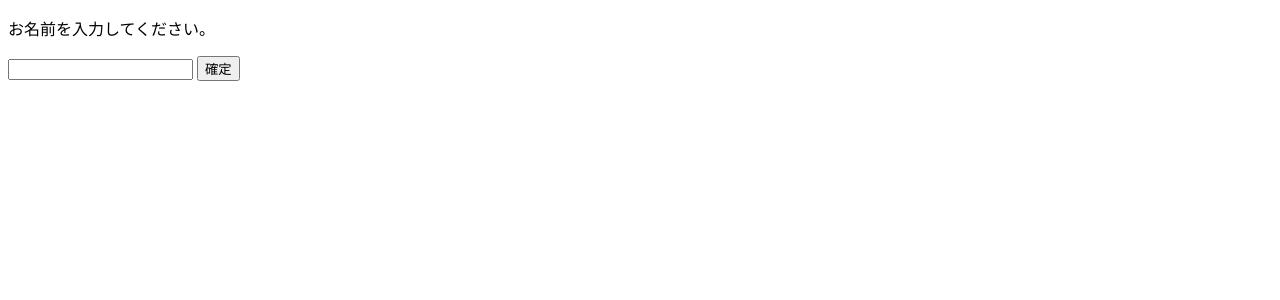
Repository: MasayaOuchi/test
Page: http://localhost/HelloJSP1/
An editor plug-in stored every save of this project. The page is shown before and after the next save, followed by the edit.
The browser window is 1280 px wide. The pictures show the whole page.
The page is served by Tomcat 9.

Above is the page before, as saved 2018-10-01 02:34:21.

After the next save:
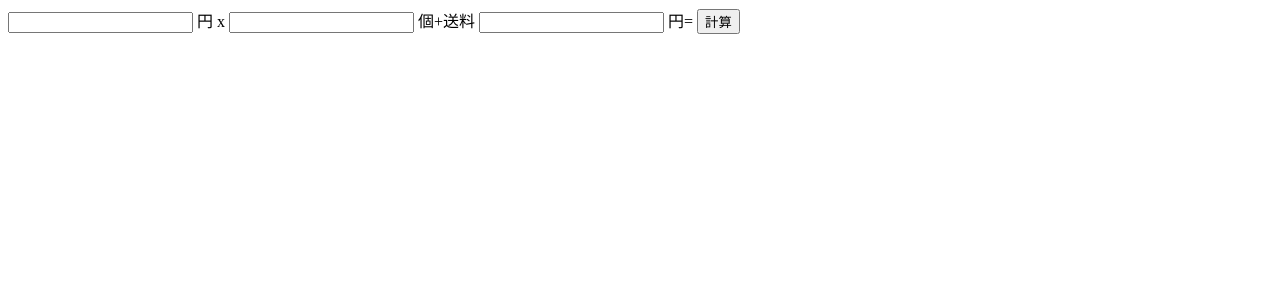
Saved 11 min 27 s later.
--- a/HelloJSP1/WebContent/index.jsp
+++ b/HelloJSP1/WebContent/index.jsp
@@ -4,15 +4,17 @@
 <html>
 <head>
 <meta http-equiv="Content-Type" content="text/html; charset=UTF-8">
-<title>TEST</title>
 <title>Insert title here</title>
 </head>
 <body>
-
-<p>お名前を入力してください。</p>
-<form method="post" action="greeting-out.jsp">
-<input type="text" name="user">
-<input type="submit" value="確定">
+<form method="post" action="total-out.jsp">
+<input type="text" name="price">
+円 x
+<input type="text" name="count">
+個+送料
+<input type="text" name="delivery">
+円=
+<input type="submit" value="計算">
 </form>
 </body>
 </html>
